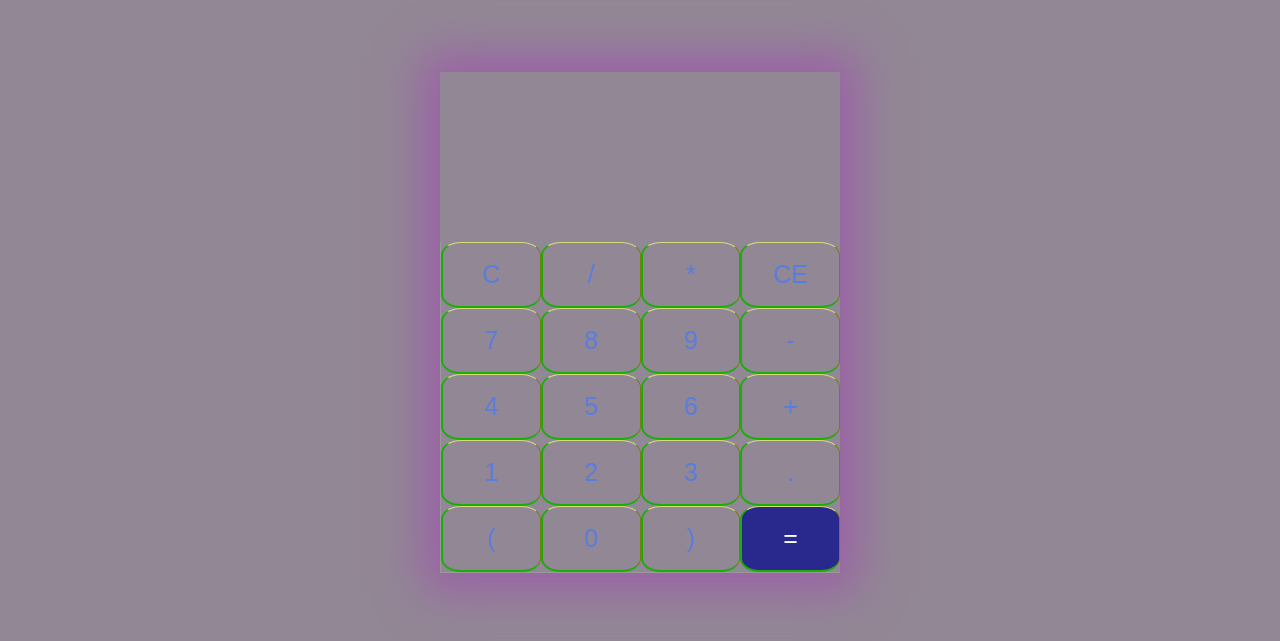
Repository: LuisMiLR/Calculatrice-with-JS---HTML---CSS-
Page: index.html
These files come from the project's save history. The page is drawn as it stood at one moment and after the next save; the edit follows.
The browser window is 1280 px wide. The pictures show the whole page.

Above is the page before, as saved 2023-03-20 21:35:42.

After the next save:
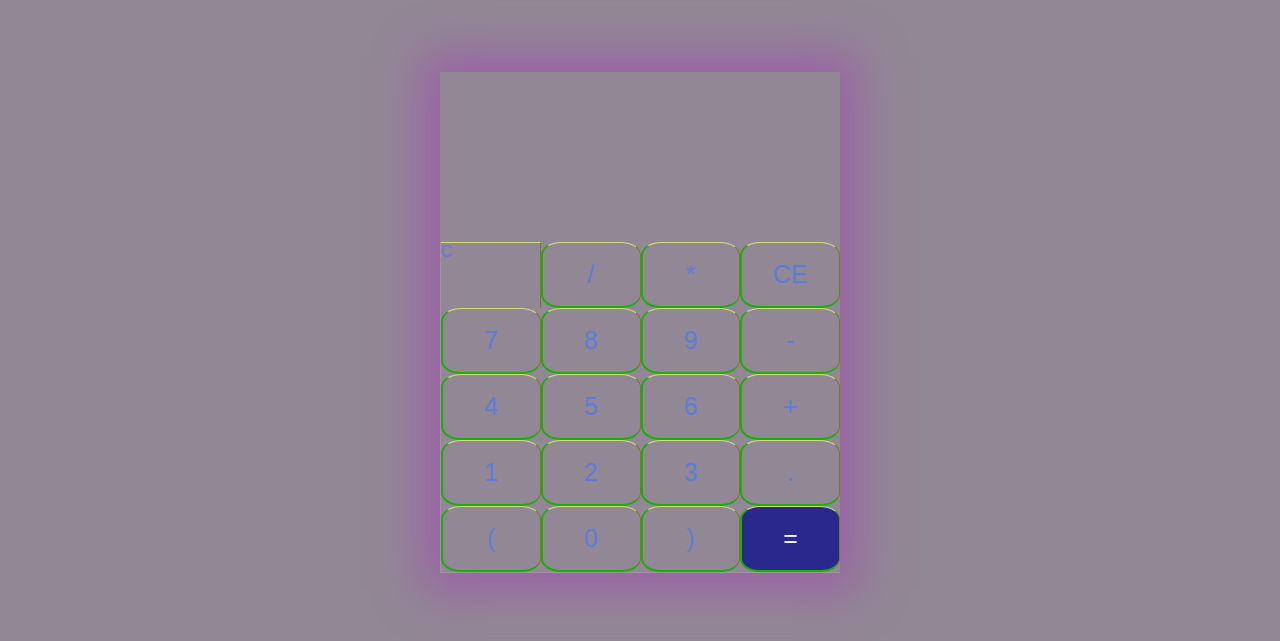
Saved 4 s later.
--- a/app.js
+++ b/app.js
@@ -11,7 +11,7 @@
 
 const button = document.createElement('div');
 button.id = 'bouton';
-button.className = "bouton";
+button.className = "b";
 button.textContent = "C";
 buttons.appendChild(button);
 
